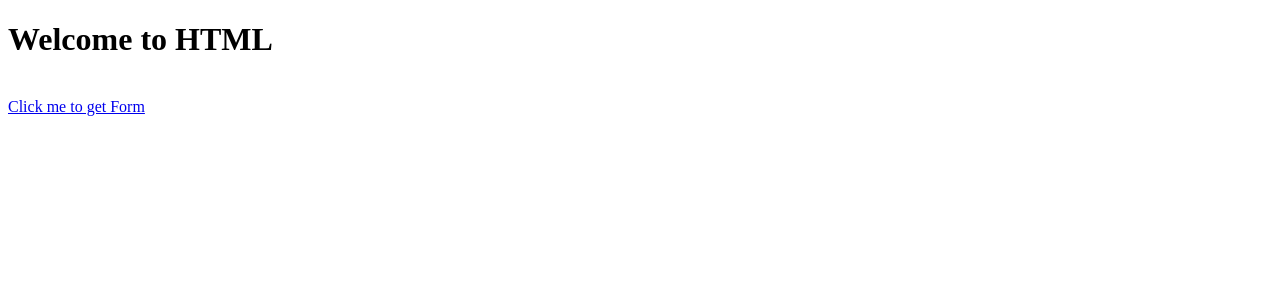
Repository: ShashantNagpure/AllProjects
Page: MyApplication/WebContent/index.html
The author's editor kept a copy of each file at every save. The page is drawn from the files as they stood at one save, then again after the next save.
The browser window is 1280 px wide. The pictures show the whole page.

Above is the page before, as saved 2018-09-17 09:56:23.

After the next save:
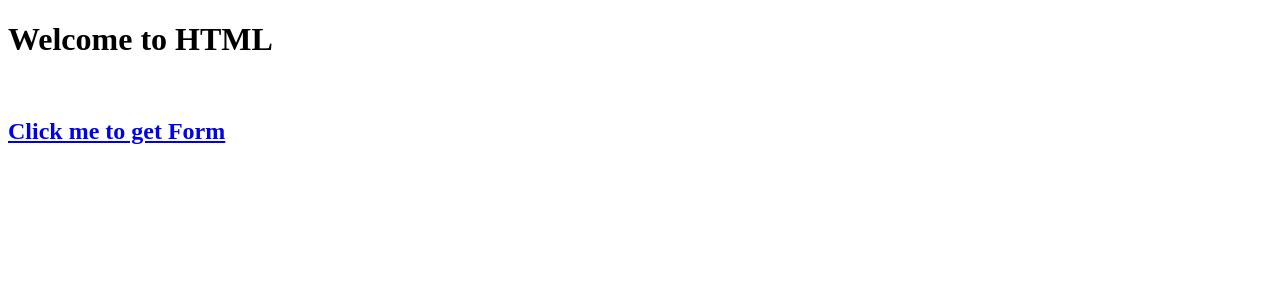
Saved 110 s later.
--- a/MyApplication/WebContent/index.html
+++ b/MyApplication/WebContent/index.html
@@ -7,6 +7,6 @@
 <body>
 <h1>Welcome to HTML</h1>
 <br>
-<a href="form.html">Click me to get Form</a>
+<H2><a href="form.html">Click me to get Form</a></H2>
 </body>
 </html>
